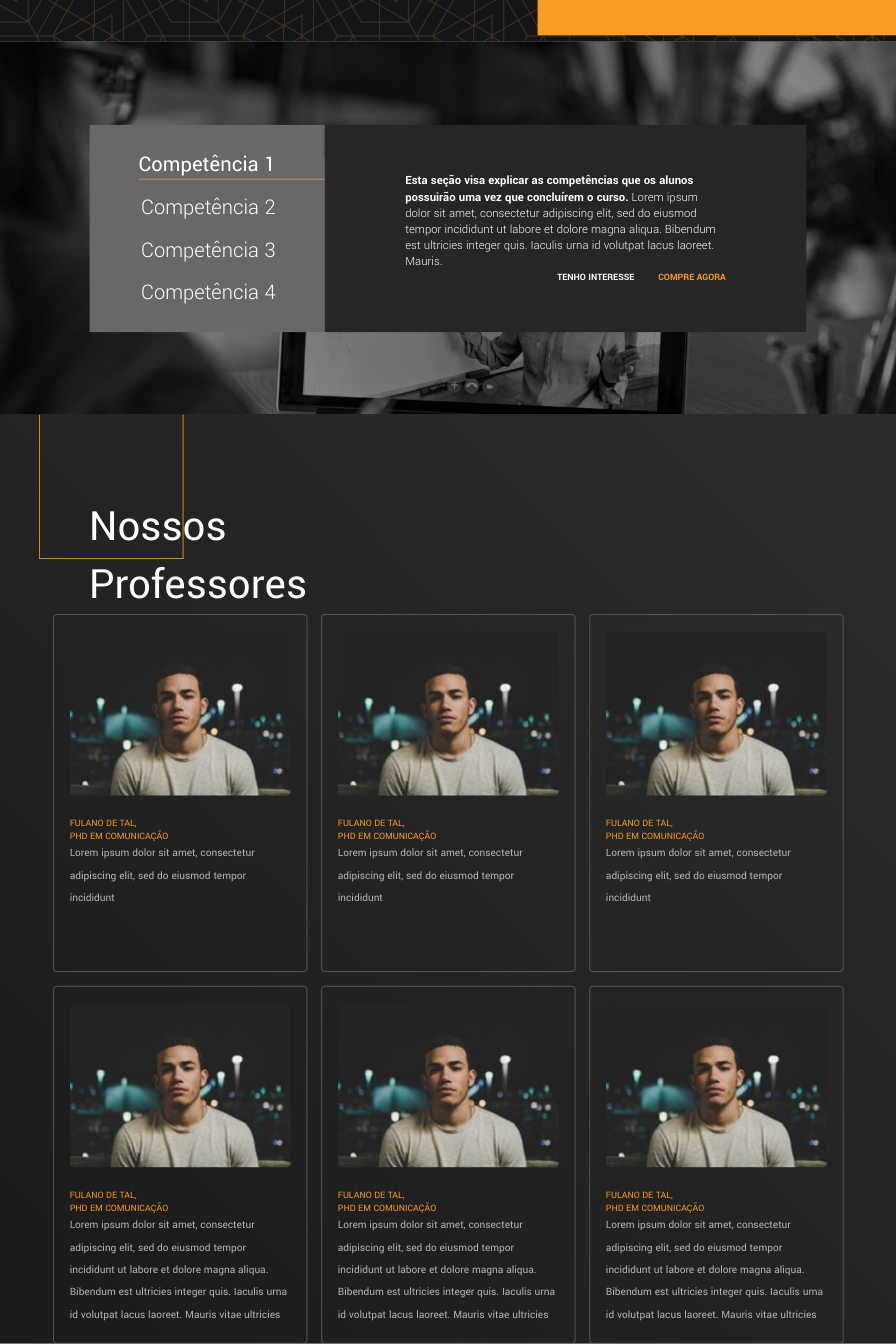
Repository: Rafael-Araujo-dev/Treinamento-Raccoon
Page: Projeto-2/index.html
These files come from the project's save history. The page is drawn as it stood at one moment and after a run of saves; the edit follows.
The browser window is 1280 px wide. The pictures show the part of the page from y = 1778 to 3698 px (the page is 3698 px tall), at 70% of full size.
Backgrounds fixed to the window are drawn as part of the page.

Above is the page before, as saved 2021-09-23 16:41:42.

### Projeto-2/index.html
<!DOCTYPE html>
<html>
    <head>
        <title></title>
        <meta charset="utf-8"/>
        <meta name="viewport" content="width=device-width,initial-scale=1.0,maximum-scale=1.0">
        <link rel="preconnect" href="https://fonts.googleapis.com">
        <link rel="preconnect" href="https://fonts.gstatic.com" crossorigin>
        <link href="https://fonts.googleapis.com/css2?family=Yantramanav:wght@300;400;700&display=swap" rel="stylesheet">
        <link rel="stylesheet" href="https://use.fontawesome.com/releases/v5.15.4/css/all.css" integrity="sha384-DyZ88mC6Up2uqS4h/KRgHuoeGwBcD4Ng9SiP4dIRy0EXTlnuz47vAwmeGwVChigm" crossorigin="anonymous">
        <link rel="stylesheet" href="css/style.css"/>
    </head>
    <body>
        <section class="hero-section">
            <div class="hero-header">
                <img class="logo" src="images/LOGOSYNAPSE_simbolo_laranja.png"/>
            </div>
            <div class="hero-container">
                <div class="hero-title">
                    Lorem ipsum dolor sit amet,<br>
                    consectetur adipiscing elit
                </div>
                <div class="hero-text">
                    Lorem ipsum dolor sit amet, consectetur adipiscing elit, sed do eiusmod tempor incididunt ut labore et dolore
                </div>
            </div>
            <div class="hero-btn-group">
                <button class="btn secondary">
                    Tenho interesse
                </button>
                <button class="btn primary">
                    Comprar agora
                </button>
            </div>
        </section>

        <section class="course-summary">
            <div class="container">
                <div class="col m">
                    <span class="rectangule"></span>
                    <span class="title">
                        Sem<br>clientes?
                    </span>
                    <div class="text">
                        <strong>Esta seção visa explicar resumidamente o curso.</strong>
                        <br>
                        Lorem ipsum dolor sit amet, consectetur adipiscing elit, sed do eiusmod tempor incididunt ut labore et dolore magna aliqua. Bibendum est ultricies integer quis. Iaculis urna id volutpat lacus laoreet. Mauris vitae ultricies leo integer malesuada. Ac odio tempor
                    </div>
                    <div class="btn-group">
                        <button class="btn secondary">
                            Tenho interesse
                        </button>
                        <button class="btn primary">
                            Comprar agora
                        </button>
                    </div>
                </div>
                <div class="col l">
                    <div class="card-container">
                        <div class="card-item">
                            <div class="container">
                                <div class="card-image">
                                    <img src="./images/Oratória Digital Logo-1.png"/>
                                </div>
                                <div class="card-description">
                                    <div class="card-title">
                                        Objetivo
                                    </div>
                                    <div class="card-text">
                                        Lorem ipsum dolor sit amet, consectetur adipiscing elit, sed do eiusmod tempor incididunt
                                    </div>
                                </div>
                            </div>
                        </div>
                        <div class="card-item">
                            <div class="container">
                                <div class="card-image">
                                    <img src="./images/Oratória Digital Logo-1.png"/>
                                </div>
                                <div class="card-description">
                                    <div class="card-title">
                                        Competências
                                    </div>
                                    <div class="card-text">
                                        Lorem ipsum dolor sit amet, consectetur adipiscing elit, sed do eiusmod tempor incididunt
                                    </div>
                                </div>
                            </div>
                        </div>
                        <div class="card-item">
                            <div class="container">
                                <div class="card-image">
                                    <img src="./images/Oratória Digital Logo-1.png"/>
                                </div>
                                <div class="card-description">
                                    <div class="card-title">
                                        Metodologia
                                    </div>
                                    <div class="card-text">
                                        Lorem ipsum dolor sit amet, consectetur adipiscing elit, sed do eiusmod tempor incididunt
                                    </div>
                                </div>
                            </div>
                        </div>
                        <div class="card-item">
                            <div class="container">
                                <div class="card-image">
                                    <img src="./images/Oratória Digital Logo-1.png"/>
                                </div>
                                <div class="card-description">
                                    <div class="card-title">
                                        Professores
                                    </div>
                                    <div class="card-text">
                                        Lorem ipsum dolor sit amet, consectetur adipiscing elit, sed do eiusmod tempor incididunt
                                    </div>
                                </div>
                            </div>
                        </div>
                    </div>
                </div>
                <center>
                    <div class="btn-group mobile">
                        <button class="btn secondary">
                            Tenho interesse
                        </button>
                        <button class="btn primary">
                            Comprar agora
                        </button>
                    </div>
                </center>
            </div>
        </section>

        <section class="take-course">
            <div class="container">
                <div class="text">
                    Chegou a sua hora de brilhar <br>lorem ipsum dolor sit amet
                </div>
                <div class="card">
                    <div class="text">
                        R$ 5.000,00
                    </div>
                    <button class="btn white">
                        Fazer o curso
                    </button>
                </div>
            </div>
        </section>

        <section class="course-skills">
            <div class="container desktop">
                <div class="menu">
                    <ul class="items">
                       <li class="item active">
                           Competência 1
                           <div class="bar active"></div>
                       </li>
                       <li class="item">
                        Competência 2
                        <div class="bar disabled"></div>
                        </li>
                        <li class="item">
                            Competência 3
                            <div class="bar disabled"></div>
                        </li>
                        <li class="item">
                            Competência 4
                            <div class="bar disabled"></div>
                        </li>
                    </ul>
                </div>
                <div class="description">
                    <div class="text">
                        <strong>Esta seção visa explicar as competências que os alunos possuirão uma vez que concluírem o curso.</strong> Lorem ipsum dolor sit amet, consectetur adipiscing elit, sed do eiusmod tempor incididunt ut labore et dolore magna aliqua. Bibendum est ultricies integer quis. Iaculis urna id volutpat lacus laoreet. Mauris.
                    </div>
                    <div class="btn-group">
                        <button class="btn primary">
                            Tenho interesse
                        </button>
                        <button class="btn secondary">
                            Compre agora
                        </button>
                    </div>
                </div>
            </div>
            <div class="container-mobile">
                <div class="title">
                    <!-- <span class="rectangule"></span> -->
                    O que você <br> Aprenderá
                </div>
                <div class="accordion">
                    <input id="competencia-1" type="checkbox" class="accordion-toggle" checked/>
                    <label for="competencia-1">
                        Competência 1
                    </label>
                    <section>
                        <p>
                            Lorem ipsum dolor sit amet, consectetur adipiscing elit, sed do eiusmod tempor incididunt ut labore et dolore magna aliqua. Bibendum est ultricies integer quis. Iaculis urna id volutpat lacus laoreet.
                        </p>
                    </section>
                </div>
                <div class="accordion">
                    <input id="competencia-2" type="checkbox" class="accordion-toggle"/>
                    <label for="competencia-2">
                        Competência 2
                    </label>
                    <section>
                        <p>
                            Lorem ipsum dolor sit amet, consectetur adipiscing elit, sed do eiusmod tempor incididunt ut labore et dolore magna aliqua. Bibendum est ultricies integer quis. Iaculis urna id volutpat lacus laoreet.
                        </p>
                    </section>
                </div>
                <div class="accordion">
                    <input id="competencia-3" type="checkbox" class="accordion-toggle"/>
                    <label for="competencia-3">
                        Competência 3
                    </label>
                    <section>
                        <p>
                            Lorem ipsum dolor sit amet, consectetur adipiscing elit, sed do eiusmod tempor incididunt ut labore et dolore magna aliqua. Bibendum est ultricies integer quis. Iaculis urna id volutpat lacus laoreet.
                        </p>
                    </section>
                </div>
                <div class="accordion">
                    <input id="competencia-4" type="checkbox" class="accordion-toggle"/>
                    <label for="competencia-4">
                        Competência 4
                    </label>
                    <section>
                        <p>
                            Lorem ipsum dolor sit amet, consectetur adipiscing elit, sed do eiusmod tempor incididunt ut labore et dolore magna aliqua. Bibendum est ultricies integer quis. Iaculis urna id volutpat lacus laoreet.
                        </p>
                    </section>
                </div>
                <div class="btn-group">
                    <button class="btn secondary">
                        Tenho interesse
                    </button>
                    <button class="btn primary">
                        Compre agora
                    </button>
                </div>
            </div>
        </section>

        <section class="our-teachers">
            <div class="container">
                <div class="header">
                    <span class="rectangule"></span>
                    <span class="title">
                        Nossos<br>Professores
                    </span>
                </div>

            <div class="card-container">
                <div class="card-item">
                    <div class="container">
                        <div class="card-image">
                            <img src="./images/Retângulo 27-1.png"/>
                        </div>
                        <div class="card-description">
                            <div class="card-title">
                                FULANO DE TAL,
                                <br>phd em comunicação
                            </div>
                            <div class="card-text">
                                Lorem ipsum dolor sit amet, consectetur adipiscing elit, sed do eiusmod tempor incididunt
                            </div>
                        </div>
                    </div>
                </div>
                <div class="card-item">
                    <div class="container">
                        <div class="card-image">
                            <img src="./images/Retângulo 27-1.png"/>
                        </div>
                        <div class="card-description">
                            <div class="card-title">
                                FULANO DE TAL,
                                <br>phd em comunicação
                            </div>
                            <div class="card-text">
                                Lorem ipsum dolor sit amet, consectetur adipiscing elit, sed do eiusmod tempor incididunt
                            </div>
                        </div>
                    </div>
                </div>
                <div class="card-item">
                    <div class="container">
                        <div class="card-image">
                            <img src="./images/Retângulo 27-1.png"/>
                        </div>
                        <div class="card-description">
                            <div class="card-title">
                                FULANO DE TAL,
                                <br>phd em comunicação
                            </div>
                            <div class="card-text">
                                Lorem ipsum dolor sit amet, consectetur adipiscing elit, sed do eiusmod tempor incididunt
                            </div>
                        </div>
                    </div>
                </div>
                <div class="card-item">
                    <div class="container">
                        <div class="card-image">
                            <img src="./images/Retângulo 27-1.png"/>
                        </div>
                        <div class="card-description">
                            <div class="card-title">
                                FULANO DE TAL,
                                <br>phd em comunicação
                            </div>
                            <div class="card-text">
                                Lorem ipsum dolor sit amet, consectetur adipiscing elit, sed do eiusmod tempor incididunt ut labore et dolore magna aliqua. Bibendum est ultricies integer quis. Iaculis urna id volutpat lacus laoreet. Mauris vitae ultricies
                            </div>
                        </div>
                    </div>
                </div>
                <div class="card-item">
                    <div class="container">
                        <div class="card-image">
                            <img src="./images/Retângulo 27-1.png"/>
                        </div>
                        <div class="card-description">
                            <div class="card-title">
                                FULANO DE TAL,
                                <br>phd em comunicação
                            </div>
                            <div class="card-text">
                                Lorem ipsum dolor sit amet, consectetur adipiscing elit, sed do eiusmod tempor incididunt ut labore et dolore magna aliqua. Bibendum est ultricies integer quis. Iaculis urna id volutpat lacus laoreet. Mauris vitae ultricies
                            </div>
                        </div>
                    </div>
                </div>
                <div class="card-item">
                    <div class="container">
                        <div class="card-image">
                            <img src="./images/Retângulo 27-1.png"/>
                        </div>
                        <div class="card-description">
                            <div class="card-title">
                                FULANO DE TAL,
                                <br>phd em comunicação
                            </div>
                            <div class="card-text">
                                Lorem ipsum dolor sit amet, consectetur adipiscing elit, sed do eiusmod tempor incididunt ut labore et dolore magna aliqua. Bibendum est ultricies integer quis. Iaculis urna id volutpat lacus laoreet. Mauris vitae ultricies
                            </div>
                        </div>
                    </div>
                </div>
            </div>
        </div>
        </section>

    </body>
</html>

Loaded but not shown: Projeto-2/css/style.css (768 lines, source omitted)

After the next 3 saves:
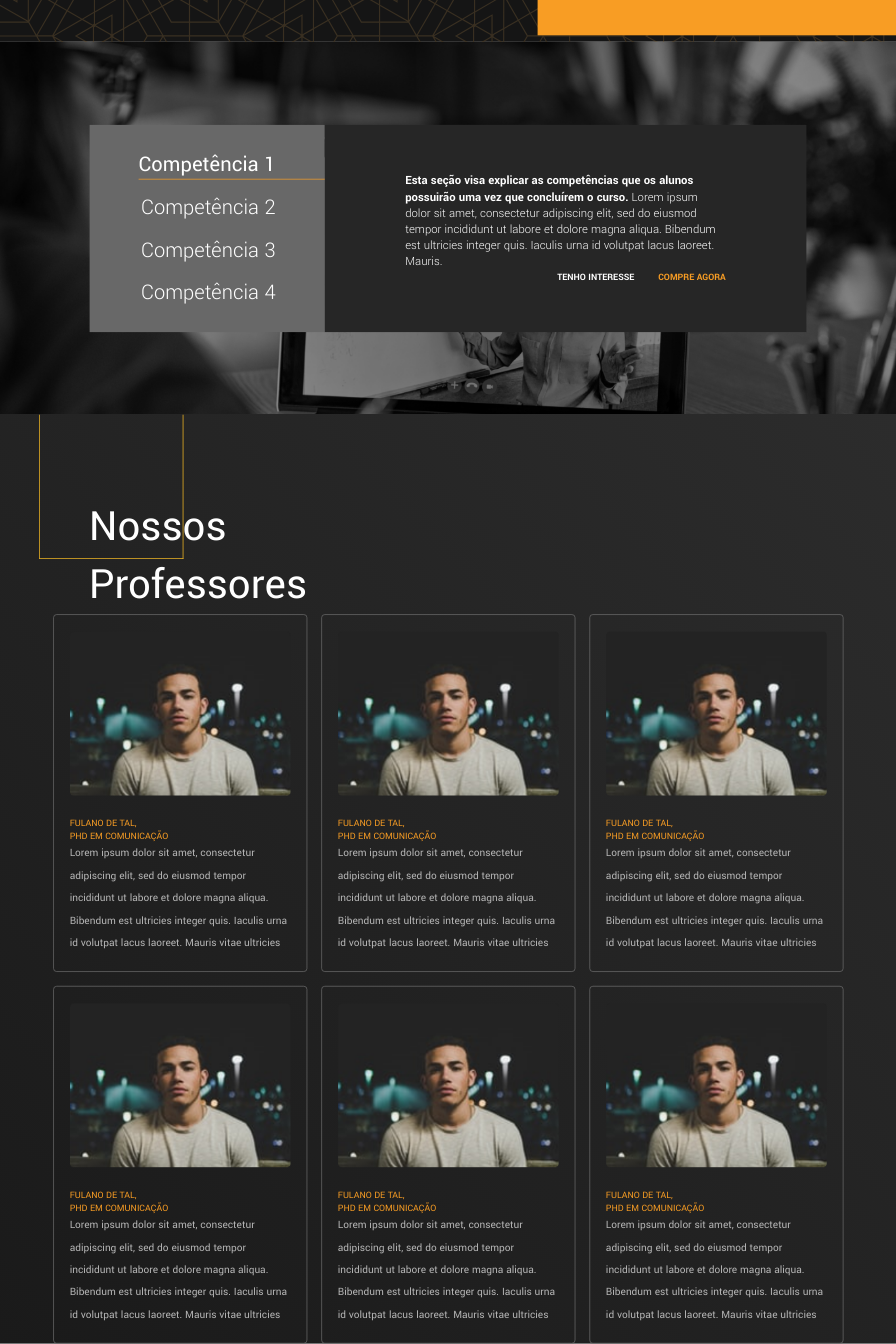
The 3 saves are shown as one change because they came seconds apart.
The last was saved 11 s later.
--- a/Projeto-2/index.html
+++ b/Projeto-2/index.html
@@ -265,39 +265,39 @@
                                 <br>phd em comunicação
                             </div>
                             <div class="card-text">
-                                Lorem ipsum dolor sit amet, consectetur adipiscing elit, sed do eiusmod tempor incididunt
-                            </div>
-                        </div>
-                    </div>
-                </div>
-                <div class="card-item">
-                    <div class="container">
-                        <div class="card-image">
-                            <img src="./images/Retângulo 27-1.png"/>
-                        </div>
-                        <div class="card-description">
-                            <div class="card-title">
-                                FULANO DE TAL,
-                                <br>phd em comunicação
-                            </div>
-                            <div class="card-text">
-                                Lorem ipsum dolor sit amet, consectetur adipiscing elit, sed do eiusmod tempor incididunt
-                            </div>
-                        </div>
-                    </div>
-                </div>
-                <div class="card-item">
-                    <div class="container">
-                        <div class="card-image">
-                            <img src="./images/Retângulo 27-1.png"/>
-                        </div>
-                        <div class="card-description">
-                            <div class="card-title">
-                                FULANO DE TAL,
-                                <br>phd em comunicação
-                            </div>
-                            <div class="card-text">
-                                Lorem ipsum dolor sit amet, consectetur adipiscing elit, sed do eiusmod tempor incididunt
+                                Lorem ipsum dolor sit amet, consectetur adipiscing elit, sed do eiusmod tempor incididunt ut labore et dolore magna aliqua. Bibendum est ultricies integer quis. Iaculis urna id volutpat lacus laoreet. Mauris vitae ultricies
+                            </div>
+                        </div>
+                    </div>
+                </div>
+                <div class="card-item">
+                    <div class="container">
+                        <div class="card-image">
+                            <img src="./images/Retângulo 27-1.png"/>
+                        </div>
+                        <div class="card-description">
+                            <div class="card-title">
+                                FULANO DE TAL,
+                                <br>phd em comunicação
+                            </div>
+                            <div class="card-text">
+                                Lorem ipsum dolor sit amet, consectetur adipiscing elit, sed do eiusmod tempor incididunt ut labore et dolore magna aliqua. Bibendum est ultricies integer quis. Iaculis urna id volutpat lacus laoreet. Mauris vitae ultricies
+                            </div>
+                        </div>
+                    </div>
+                </div>
+                <div class="card-item">
+                    <div class="container">
+                        <div class="card-image">
+                            <img src="./images/Retângulo 27-1.png"/>
+                        </div>
+                        <div class="card-description">
+                            <div class="card-title">
+                                FULANO DE TAL,
+                                <br>phd em comunicação
+                            </div>
+                            <div class="card-text">
+                                Lorem ipsum dolor sit amet, consectetur adipiscing elit, sed do eiusmod tempor incididunt ut labore et dolore magna aliqua. Bibendum est ultricies integer quis. Iaculis urna id volutpat lacus laoreet. Mauris vitae ultricies
                             </div>
                         </div>
                     </div>
